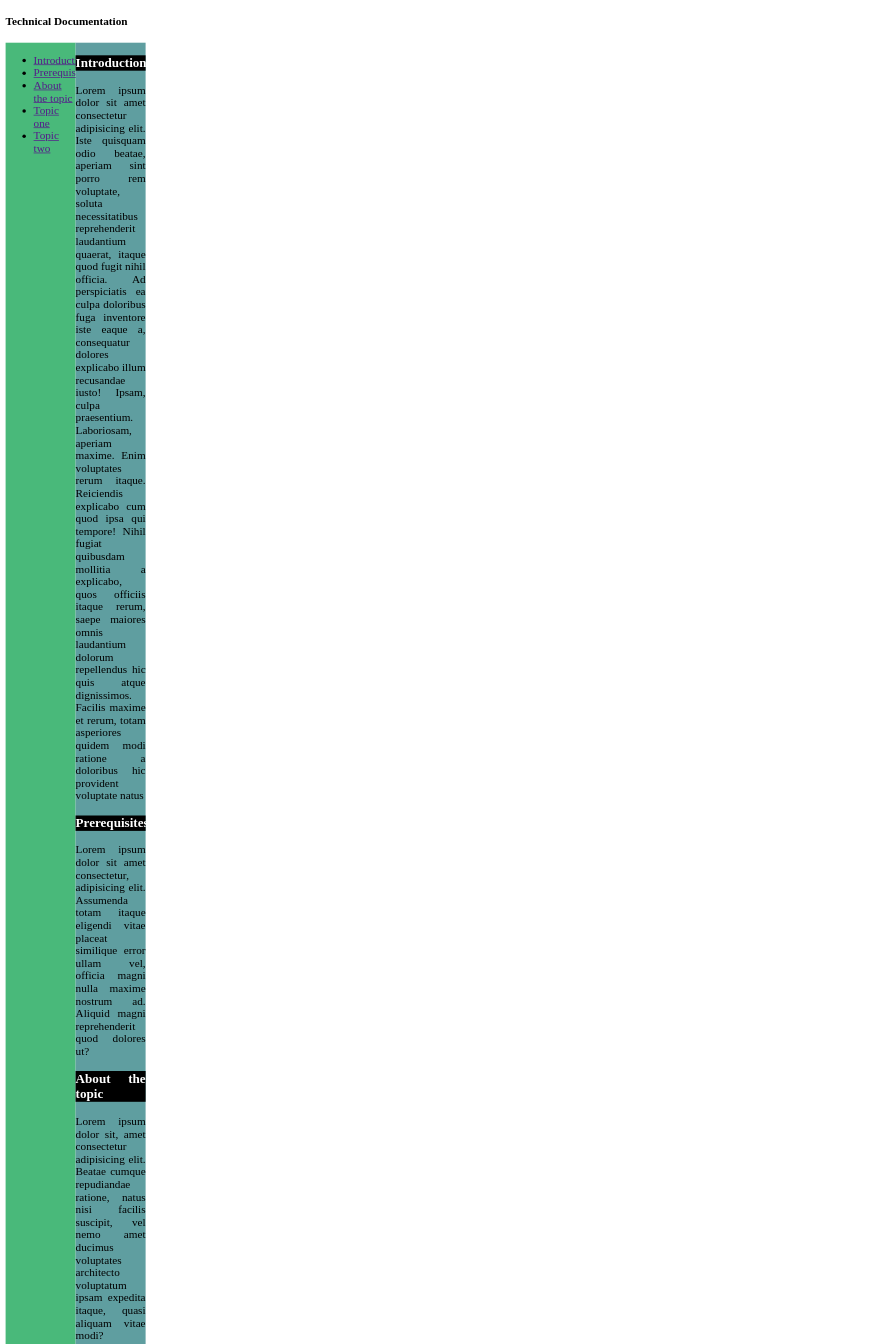
Repository: JoaoLemesDEV/Excercise-Tech-Documentation-Page
Page: index.html
The author's editor kept a copy of each file at every save. The page is drawn from the files as they stood at one save, then again after a run of saves.
The browser window is 1280 px wide. The pictures show the part of the page from y = 0 to 1920 px (the page is 2690 px tall before and 2637 px after), at 70% of full size.

Above is the page before, as saved 2021-10-03 21:27:39.

### index.html
<!DOCTYPE html>
<html lang="en">
  <head>
    <meta charset="UTF-8" />
    <meta http-equiv="X-UA-Compatible" content="IE=edge" />
    <meta name="viewport" content="width=device-width, initial-scale=1.0" />
    <title>Technical Documentaion</title>
    <link rel="stylesheet" href="index.css" />
  </head>
  <body>
    <header><h4>Technical Documentation</h4></header>
    <div class="wrapper">
      <aside>
        <nav>
          <ul>
            <li><a href="">Introduction</a></li>
            <li><a href="">Prerequisites</a></li>
            <li><a href="">About the topic</a></li>
            <li><a href="">Topic one</a></li>
            <li><a href="">Topic two</a></li>
          </ul>
        </nav>
      </aside>
      <main>
        <section id="introduction">
          <h3 style="background: black; color: white">Introduction</h3>
          <p>
            Lorem ipsum dolor sit amet consectetur adipisicing elit. Iste
            quisquam odio beatae, aperiam sint porro rem voluptate, soluta
            necessitatibus reprehenderit laudantium quaerat, itaque quod fugit
            nihil officia. Ad perspiciatis ea culpa doloribus fuga inventore
            iste eaque a, consequatur dolores explicabo illum recusandae iusto!
            Ipsam, culpa praesentium. Laboriosam, aperiam maxime. Enim
            voluptates rerum itaque. Reiciendis explicabo cum quod ipsa qui
            tempore! Nihil fugiat quibusdam mollitia a explicabo, quos officiis
            itaque rerum, saepe maiores omnis laudantium dolorum repellendus hic
            quis atque dignissimos. Facilis maxime et rerum, totam asperiores
            quidem modi ratione a doloribus hic provident voluptate natus
          </p>
        </section>
        <section id="Prerequisites">
          <h3 style="background: black; color: white">Prerequisites</h3>
          <p>
            Lorem ipsum dolor sit amet consectetur, adipisicing elit. Assumenda
            totam itaque eligendi vitae placeat similique error ullam vel,
            officia magni nulla maxime nostrum ad. Aliquid magni reprehenderit
            quod dolores ut?
          </p>
        </section>
        <section id="about the topic">
          <h3 style="background: black; color: white">About the topic</h3>
          <p>
            Lorem ipsum dolor sit, amet consectetur adipisicing elit. Beatae
            cumque repudiandae ratione, natus nisi facilis suscipit, vel nemo
            amet ducimus voluptates architecto voluptatum ipsam expedita itaque,
            quasi aliquam vitae modi?
          </p>
        </section>
        <section id="topic one">
          <h3 style="background: black; color: white">Topic one</h3>
          <p>
            Lorem ipsum dolor sit, amet consectetur adipisicing elit.
            Consectetur modi quidem minima, reprehenderit autem itaque, in
            voluptas laudantium quam ratione animi fuga voluptatum aut beatae
            dolorem velit soluta? Amet, quo.
          </p>
        </section>
        <section id="topic two">
          <h3 style="background: black; color: white">Topic two</h3>
          <p>
            Lorem ipsum dolor sit amet consectetur adipisicing elit. Quia,
            possimus fugit deleniti, maiores asperiores non dolores optio magnam
            aspernatur amet dolore ipsum in quaerat assumenda neque totam sunt
            odit dolorum.
          </p>
        </section>
      </main>
    </div>
  </body>
</html>

### index.css
.wrapper {
    display: grid;
    grid-template-columns: 100px 100px 200px;
    //grid-template-rows: 150px 150px;
}

aside{
background-color: rgb(73, 185, 122);
grid-row-start: 1;
grid-row-end: 2;
}

main{
  background-color: cadetblue;
  text-align: justify;
  grid-row-start: 1;
  grid-row-end: 2;
}

After the next 2 saves:
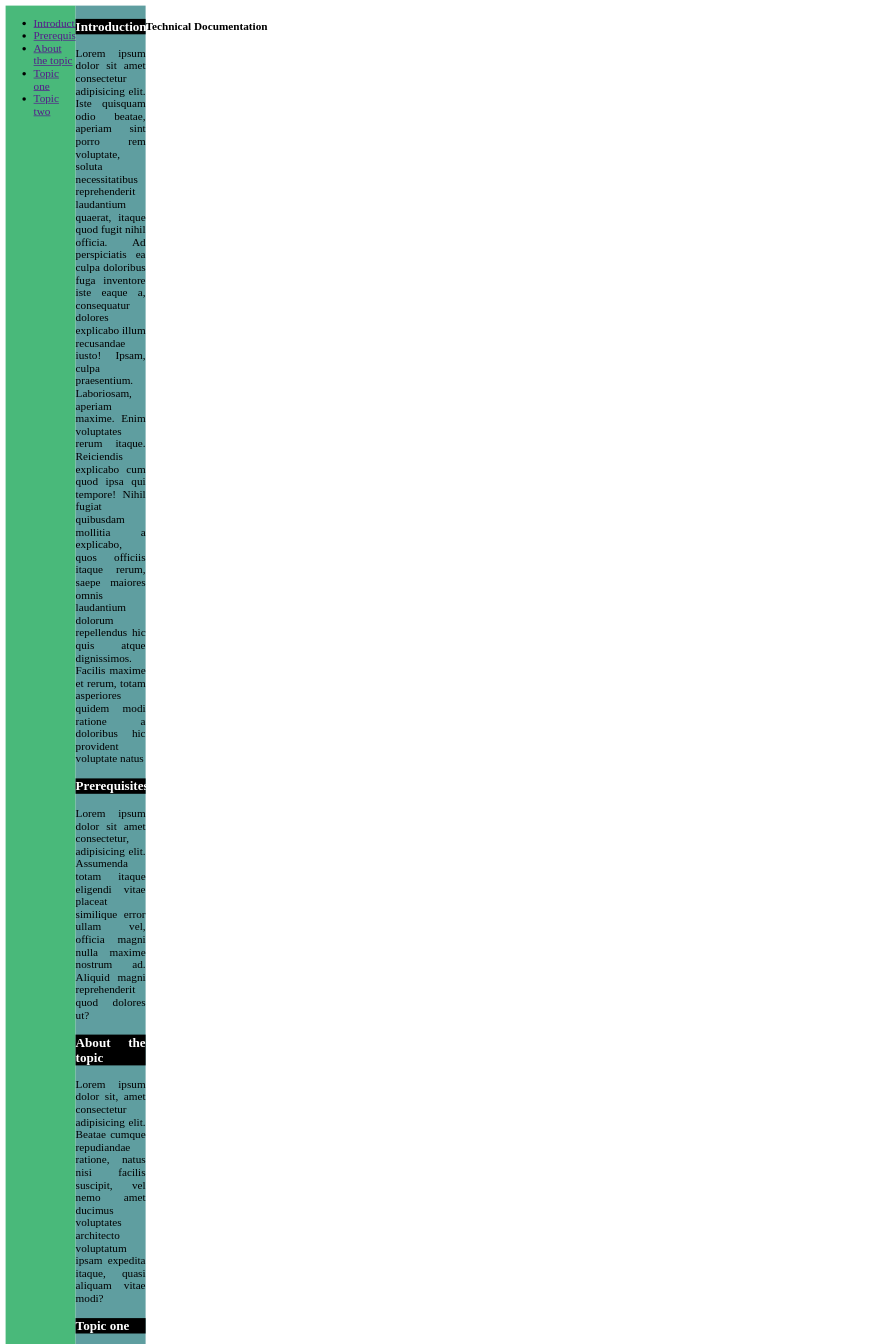
The 2 saves are shown as one change because they came seconds apart.
The last was saved 23 s later.
--- a/index.html
+++ b/index.html
@@ -8,8 +8,8 @@
     <link rel="stylesheet" href="index.css" />
   </head>
   <body>
-    <header><h4>Technical Documentation</h4></header>
     <div class="wrapper">
+      <header><h4>Technical Documentation</h4></header>
       <aside>
         <nav>
           <ul>
